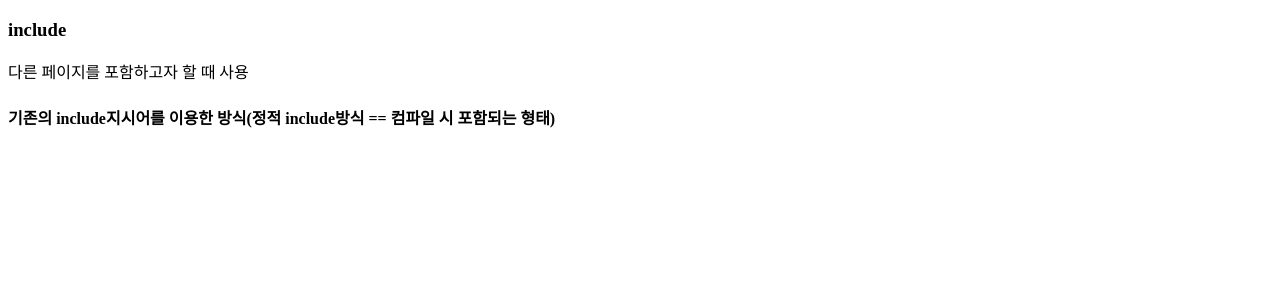
Repository: judeyong/myWebWorkSpace2
Page: http://localhost/Action_Project/views/StandardAction/01_include.jsp
An editor plug-in stored every save of this project. The page is shown before and after the next save, followed by the edit.
The browser window is 1280 px wide. The pictures show the whole page.
The page is served by Tomcat 9.

Above is the page before, as saved 2024-04-03 03:25:40.

After the next save:
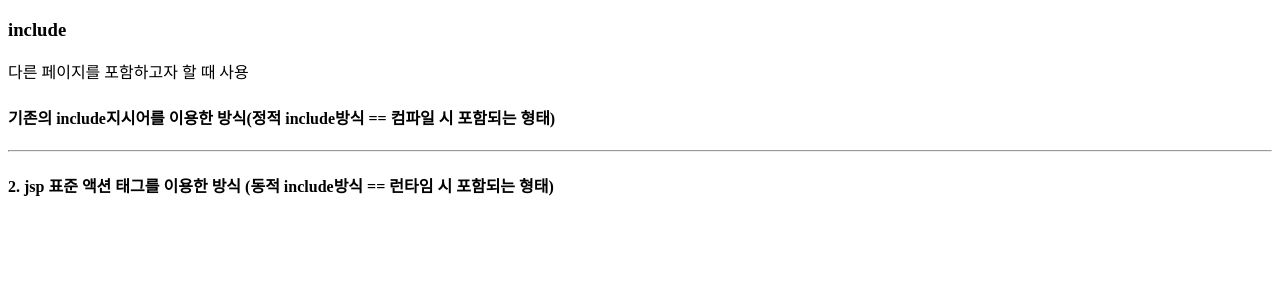
Saved 40 s later.
--- a/Action_Project/WebContent/views/StandardAction/01_include.jsp
+++ b/Action_Project/WebContent/views/StandardAction/01_include.jsp
@@ -30,6 +30,38 @@
 	%>
 	--%>
 
+	<hr>
+
+	<h4>2. jsp 표준 액션 태그를 이용한 방식 (동적 include방식 == 런타임 시 포함되는 형태)</h4>
+
+
+
+
+
+
+
+
+
+
+
+
+
+
+
+
+
+
+
+
+
+
+
+
+
+
+
+
+
 
 </body>
 </html>
